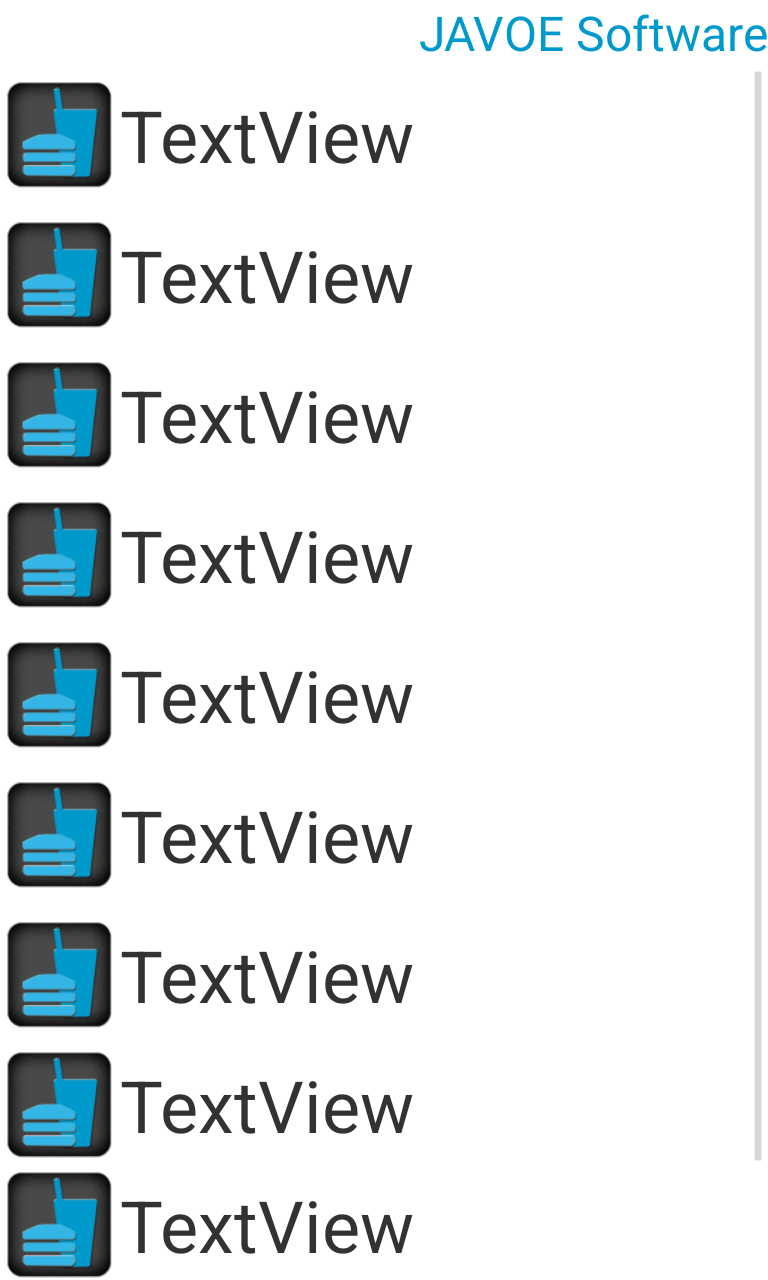
Repository: vitchyr/javoe
Layout: FirstRelease/res/layout/activity_main.xml
The author's editor kept a copy of each file at every save. The layout is drawn from the files as they stood at one save, then again after the next save.
It is drawn on a 768 x 1280 px phone screen (xhdpi) without system bars, with theme AppTheme; the app's code is not run. The app's manifest (not shown) leaves right-to-left support off. So textAlignment, textDirection and layoutDirection are ignored, and left and right values win over start and end ones.

Above is the layout before, as saved 2013-08-18 18:09:53.

### FirstRelease/res/layout/activity_main.xml
<RelativeLayout xmlns:android="http://schemas.android.com/apk/res/android"
    xmlns:tools="http://schemas.android.com/tools"
    android:layout_width="match_parent"
    android:layout_height="match_parent"
    tools:context=".MainActivity" >

    <LinearLayout
        android:layout_width="match_parent"
        android:layout_height="match_parent"
        android:gravity="right"
        android:orientation="vertical" >

        <TextView
            android:id="@+id/textView1"
            android:layout_width="wrap_content"
            android:layout_height="wrap_content"
            android:layout_gravity="right"
            android:text="JAVOE Software"
            android:textColor="#0099CC"
            android:textSize="24sp" />

        <ScrollView
            android:id="@+id/scrollView1"
            android:layout_width="match_parent"
            android:layout_height="wrap_content" >

            <LinearLayout
                android:layout_width="match_parent"
                android:layout_height="match_parent"
                android:orientation="vertical" >

                <LinearLayout
                    android:id="@+id/restaurant1"
                    android:layout_width="match_parent"
                    android:layout_height="wrap_content"
                    android:layout_marginBottom="5dp"
                    android:layout_marginTop="5dp"
                    android:gravity="center_vertical" >

                    <ImageView
                        android:id="@+id/imageView1"
                        android:layout_width="60dp"
                        android:layout_height="60dp"
                        android:src="@drawable/ic_launcher" />

                    <TextView
                        android:id="@+id/textView2"
                        android:layout_width="wrap_content"
                        android:layout_height="wrap_content"
                        android:text="TextView"
                        android:textSize="36sp" />

                </LinearLayout>

                <LinearLayout
                    android:id="@+id/restaurant2"
                    android:layout_width="match_parent"
                    android:layout_height="wrap_content"
                    android:layout_marginBottom="5dp"
                    android:layout_marginTop="5dp"
                    android:gravity="center_vertical" >

                    <ImageView
                        android:id="@+id/imageView2"
                        android:layout_width="60dp"
                        android:layout_height="60dp"
                        android:src="@drawable/ic_launcher" />

                    <TextView
                        android:id="@+id/textView3"
                        android:layout_width="wrap_content"
                        android:layout_height="wrap_content"
                        android:text="TextView"
                        android:textSize="36sp" />

                </LinearLayout>

                <LinearLayout
                    android:id="@+id/restaurant3"
                    android:layout_width="match_parent"
                    android:layout_height="wrap_content"
                    android:layout_marginBottom="5dp"
                    android:layout_marginTop="5dp"
                    android:gravity="center_vertical" >

                    <ImageView
                        android:id="@+id/imageView3"
                        android:layout_width="60dp"
                        android:layout_height="60dp"
                        android:src="@drawable/ic_launcher" />

                    <TextView
                        android:id="@+id/textView4"
                        android:layout_width="wrap_content"
                        android:layout_height="wrap_content"
                        android:text="TextView"
                        android:textSize="36sp" />

                </LinearLayout>

                <LinearLayout
                    android:id="@+id/restaurant4"
                    android:layout_width="match_parent"
                    android:layout_height="wrap_content"
                    android:layout_marginBottom="5dp"
                    android:layout_marginTop="5dp"
                    android:gravity="center_vertical" >

                    <ImageView
                        android:id="@+id/imageView4"
                        android:layout_width="60dp"
                        android:layout_height="60dp"
                        android:src="@drawable/ic_launcher" />

                    <TextView
                        android:id="@+id/textView5"
                        android:layout_width="wrap_content"
                        android:layout_height="wrap_content"
                        android:text="TextView"
                        android:textSize="36sp" />

                </LinearLayout>

                <LinearLayout
                    android:id="@+id/restaurant5"
                    android:layout_width="match_parent"
                    android:layout_height="wrap_content"
                    android:layout_marginBottom="5dp"
                    android:layout_marginTop="5dp"
                    android:gravity="center_vertical" >

                    <ImageView
                        android:id="@+id/imageView5"
                        android:layout_width="60dp"
                        android:layout_height="60dp"
                        android:src="@drawable/ic_launcher" />

                    <TextView
                        android:id="@+id/textView6"
                        android:layout_width="wrap_content"
                        android:layout_height="wrap_content"
                        android:text="TextView"
                        android:textSize="36sp" />

                </LinearLayout>

                <LinearLayout
                    android:id="@+id/restaurant6"
                    android:layout_width="match_parent"
                    android:layout_height="wrap_content"
                    android:layout_marginBottom="5dp"
                    android:layout_marginTop="5dp"
                    android:gravity="center_vertical" >

                    <ImageView
                        android:id="@+id/imageView6"
                        android:layout_width="60dp"
                        android:layout_height="60dp"
                        android:src="@drawable/ic_launcher" />

                    <TextView
                        android:id="@+id/textView7"
                        android:layout_width="wrap_content"
                        android:layout_height="wrap_content"
                        android:text="TextView"
                        android:textSize="36sp" />

                </LinearLayout>

                <LinearLayout
                    android:id="@+id/restaurant7"
                    android:layout_width="match_parent"
                    android:layout_height="wrap_content"
                    android:layout_marginBottom="5dp"
                    android:layout_marginTop="5dp"
                    android:gravity="center_vertical" >

                    <ImageView
                        android:id="@+id/imageView7"
                        android:layout_width="60dp"
                        android:layout_height="60dp"
                        android:src="@drawable/ic_launcher" />

                    <TextView
                        android:id="@+id/textView8"
                        android:layout_width="wrap_content"
                        android:layout_height="wrap_content"
                        android:text="TextView"
                        android:textSize="36sp" />

                </LinearLayout>

                <LinearLayout
                    android:id="@+id/restaurant8"
                    android:layout_width="match_parent"
                    android:layout_height="wrap_content"
                    android:gravity="center_vertical" >

                    <ImageView
                        android:id="@+id/imageView8"
                        android:layout_width="60dp"
                        android:layout_height="60dp"
                        android:src="@drawable/ic_launcher" />

                    <TextView
                        android:id="@+id/textView9"
                        android:layout_width="wrap_content"
                        android:layout_height="wrap_content"
                        android:text="TextView"
                        android:textSize="36sp" />

                </LinearLayout>

                <LinearLayout
                    android:id="@+id/restaurant9"
                    android:layout_width="match_parent"
                    android:layout_height="wrap_content"
                    android:gravity="center_vertical" >

                    <ImageView
                        android:id="@+id/imageView9"
                        android:layout_width="60dp"
                        android:layout_height="60dp"
                        android:src="@drawable/ic_launcher" />

                    <TextView
                        android:id="@+id/textView10"
                        android:layout_width="wrap_content"
                        android:layout_height="wrap_content"
                        android:text="TextView"
                        android:textSize="36sp" />

                </LinearLayout>

                <LinearLayout
                    android:id="@+id/restaurant10"
                    android:layout_width="match_parent"
                    android:layout_height="wrap_content"
                    android:gravity="center_vertical" >

                    <ImageView
                        android:id="@+id/imageView10"
                        android:layout_width="60dp"
                        android:layout_height="60dp"
                        android:src="@drawable/ic_launcher" />

                    <TextView
                        android:id="@+id/textView11"
                        android:layout_width="wrap_content"
                        android:layout_height="wrap_content"
                        android:text="TextView"
                        android:textSize="36sp" />

                </LinearLayout>

            </LinearLayout>
        </ScrollView>

    </LinearLayout>

</RelativeLayout>

Loaded but not shown: FirstRelease/res/values/styles.xml (common file); FirstRelease/res/values-v11/styles.xml (common file); FirstRelease/res/values-v14/styles.xml (common file)

After the next save:
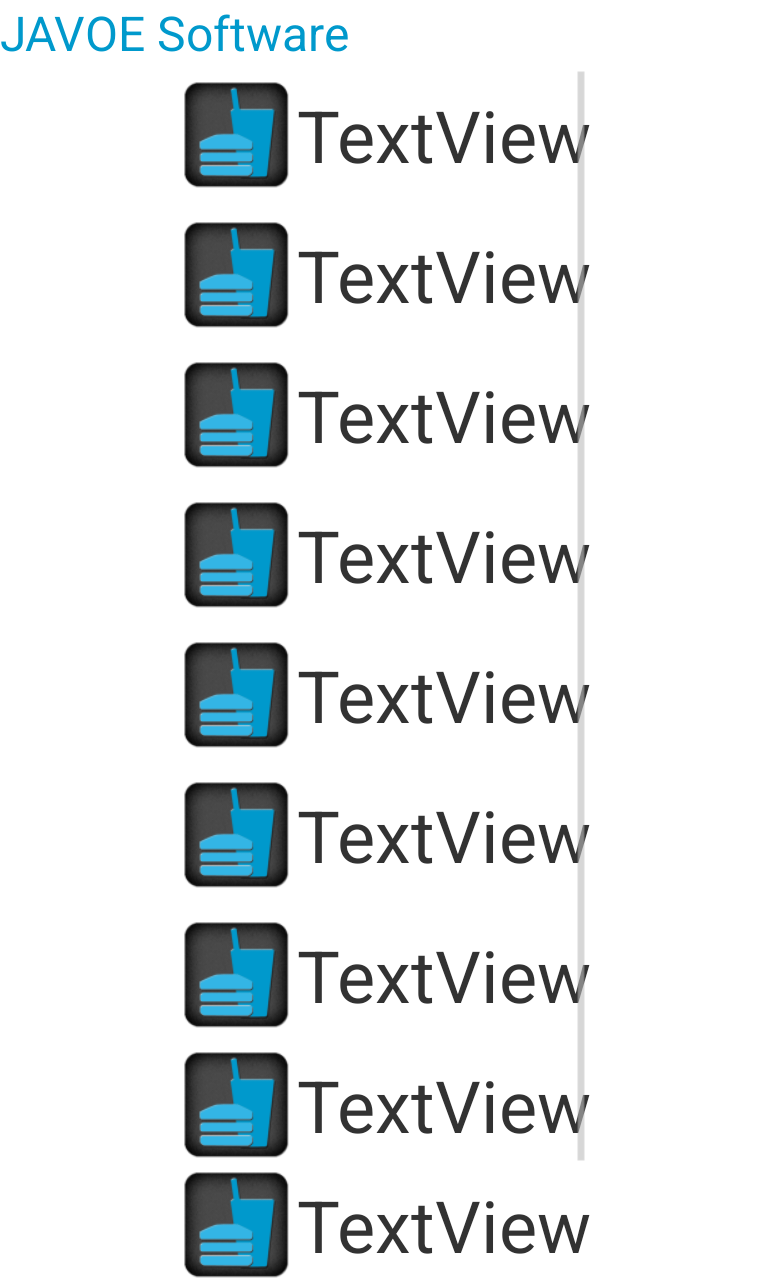
Saved 8 min 9 s later.
--- a/FirstRelease/res/layout/activity_main.xml
+++ b/FirstRelease/res/layout/activity_main.xml
@@ -7,25 +7,25 @@
     <LinearLayout
         android:layout_width="match_parent"
         android:layout_height="match_parent"
-        android:gravity="right"
+        android:gravity="center_horizontal"
         android:orientation="vertical" >
 
         <TextView
             android:id="@+id/textView1"
-            android:layout_width="wrap_content"
+            android:layout_width="match_parent"
             android:layout_height="wrap_content"
-            android:layout_gravity="right"
             android:text="JAVOE Software"
+            android:textAlignment="viewEnd"
             android:textColor="#0099CC"
             android:textSize="24sp" />
 
         <ScrollView
             android:id="@+id/scrollView1"
-            android:layout_width="match_parent"
+            android:layout_width="wrap_content"
             android:layout_height="wrap_content" >
 
             <LinearLayout
-                android:layout_width="match_parent"
+                android:layout_width="wrap_content"
                 android:layout_height="match_parent"
                 android:orientation="vertical" >
 
